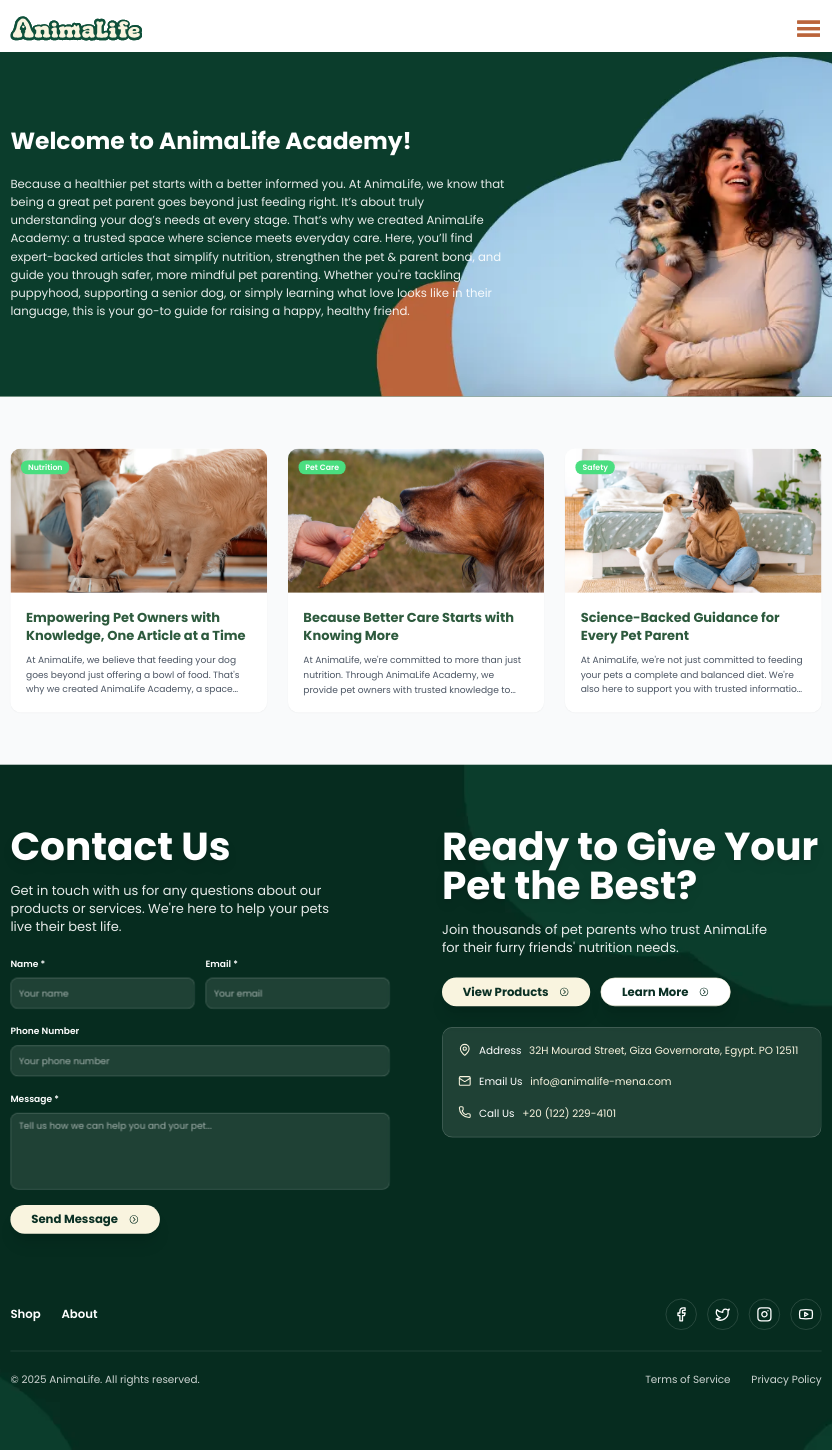
Repository: the-jupiteragency/animalife
Page: /academy
These files come from the project's save history. The page is drawn as it stood at one moment and after the next save; the edit follows.
The browser window is 1280 px wide. The pictures show the whole page, at 65% of full size.
The project was rebuilt for these pictures with package versions that can differ from the ones it lists, and the page was loaded fresh each time. The framework's server and built-in components were replaced by stand-ins that run in the browser. Also part of the build but not shown: next.config.mjs.

Above is the page before, as saved 2025-08-05 09:57:06.

After the next save:
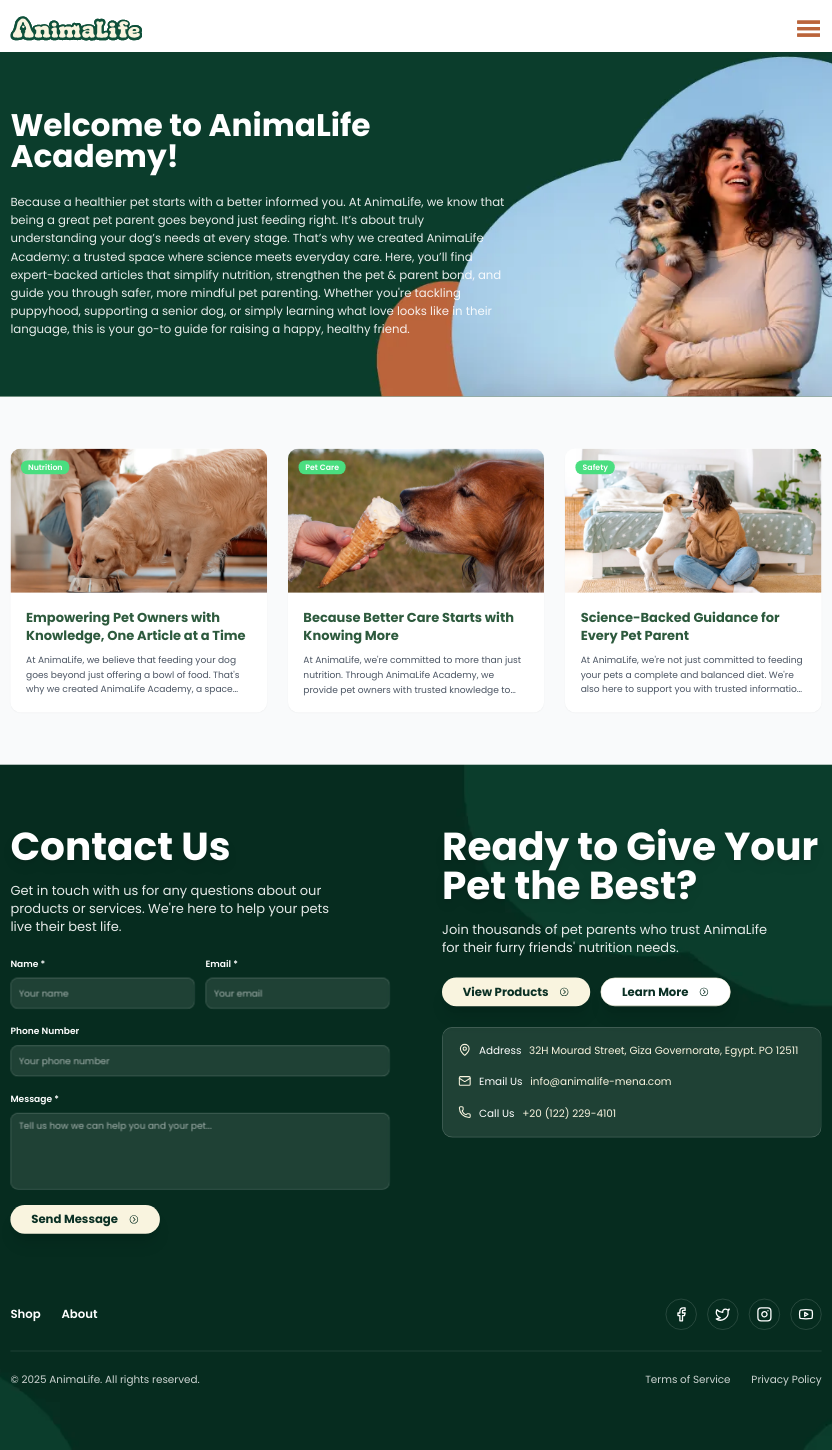
Saved 10 s later.
--- a/app/academy/page.tsx
+++ b/app/academy/page.tsx
@@ -30,7 +30,7 @@
           </div>
           <div className="relative z-10 container mx-auto px-4 h-full flex items-center">
             <div className="max-w-3xl">
-              <h1 className="text-4xl md:text-5xl lg:text-4xl font-bold text-white mb-8 leading-tight">
+              <h1 className="text-4xl md:text-5xl lg:text-5xl font-bold text-white mb-8 leading-tight">
                 Welcome to AnimaLife Academy!
               </h1>
               <p className="text-lg md:text-lg text-white/90 leading-relaxed">

After the save that followed:
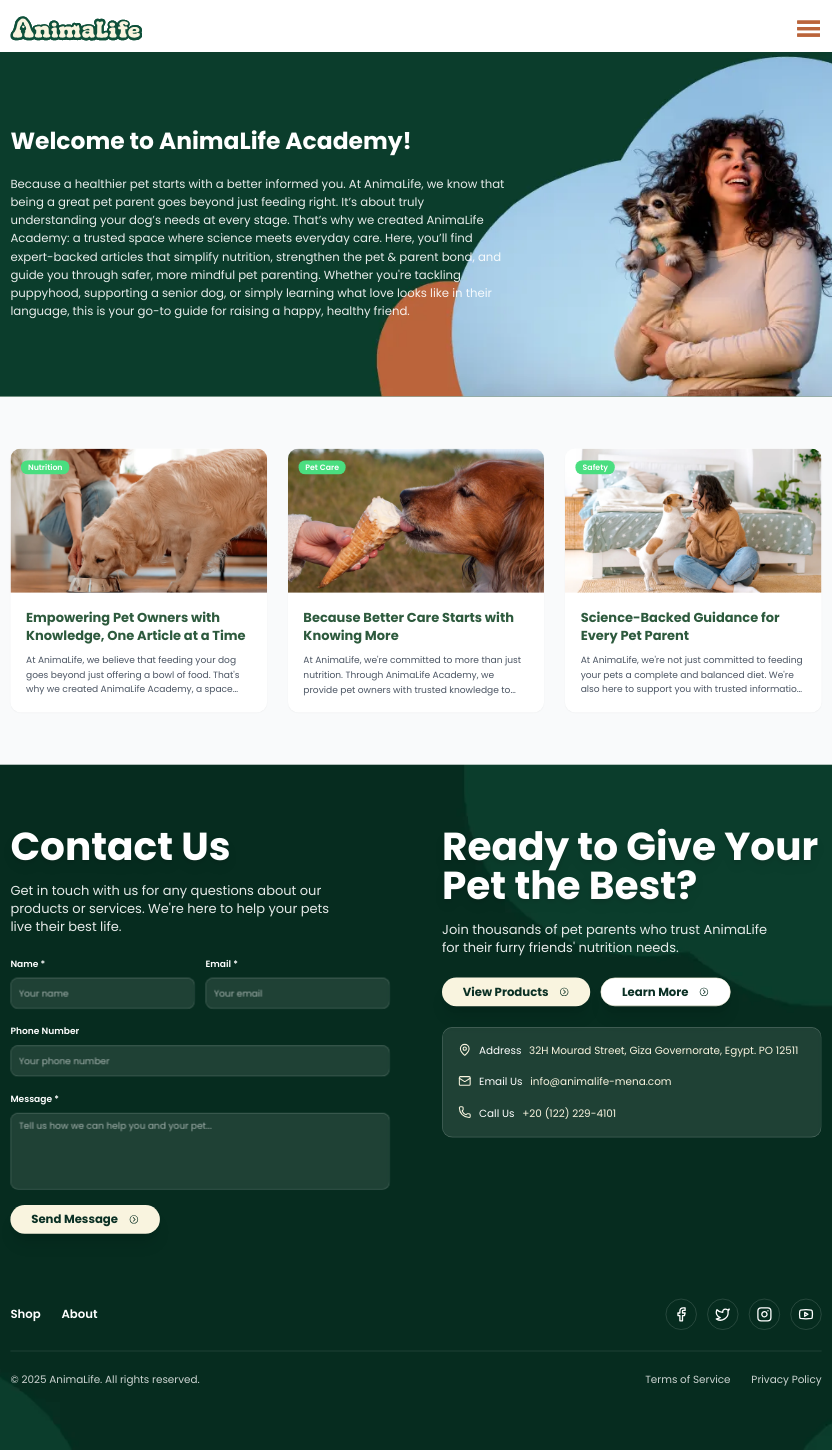
Saved 4 s later.
--- a/app/academy/page.tsx
+++ b/app/academy/page.tsx
@@ -30,7 +30,7 @@
           </div>
           <div className="relative z-10 container mx-auto px-4 h-full flex items-center">
             <div className="max-w-3xl">
-              <h1 className="text-4xl md:text-5xl lg:text-5xl font-bold text-white mb-8 leading-tight">
+              <h1 className="text-4xl md:text-5xl lg:text-4xl font-bold text-white mb-8 leading-tight">
                 Welcome to AnimaLife Academy!
               </h1>
               <p className="text-lg md:text-lg text-white/90 leading-relaxed">
